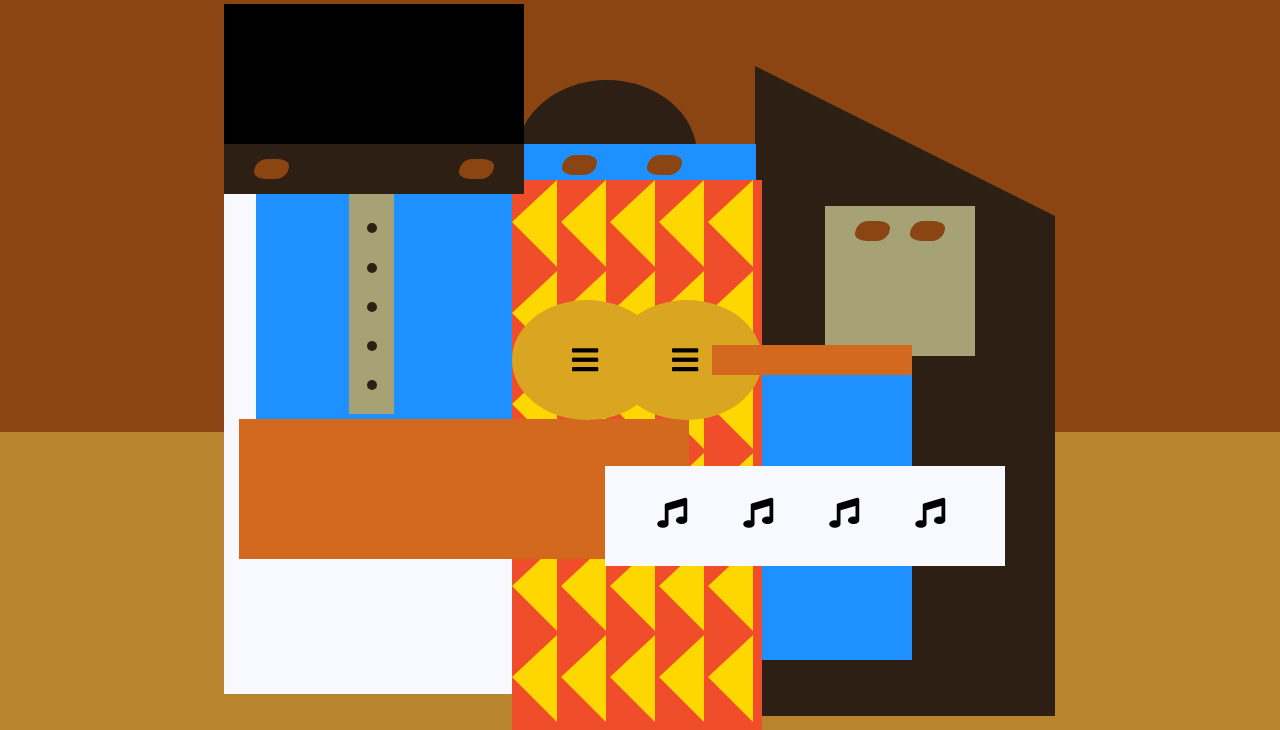
Repository: Pafestivo/Third-Chapter---intermediate-CSS
Page: index.html
An editor plug-in stored every save of this project. The page is shown before and after the next save, followed by the edit.
The browser window is 1280 px wide. The pictures show the whole page.
Some web libraries are served in a nearby version.

Above is the page before, as saved 2022-09-04 19:03:22.

### index.html
<!DOCTYPE html>
<html lang="en">
  <head>
    <meta charset="utf-8">
    <title>Picasso Painting</title>
    <link rel="stylesheet" href="./styles.css" />
    <link rel="stylesheet" href="https://use.fontawesome.com/releases/v5.8.2/css/all.css">
  </head>
  <body>
    <!-- Regarding the html, I just placed divs inside divs according to the groups they should appear on the page. -->
    <div id="back-wall"></div>
    <div class="characters">
      <div id="offwhite-character">
        <div id="white-hat"></div>
        <div id="black-mask">
          <div class="eyes left"></div>
          <div class="eyes right"></div>
        </div>
        <div id="gray-instrument">
          <div class="black-dot"></div>
          <div class="black-dot"></div>
          <div class="black-dot"></div>
          <div class="black-dot"></div>
          <div class="black-dot"></div>
        </div>
        <div id="tan-table"></div>
      </div>
      <div id="black-character">
        <div id="black-hat"></div>
        <div id="gray-mask">
          <div class="eyes left"></div>
          <div class="eyes right"></div>
        </div>
        <div id="white-paper">
          <i class="fas fa-music"></i>
          <i class="fas fa-music"></i>
          <i class="fas fa-music"></i>
          <i class="fas fa-music"></i>
        </div>
      </div>
      <div class="blue" id="blue-left"></div>
      <div class="blue" id="blue-right"></div>
      <div id="orange-character">
        <div id="black-round-hat"></div>
        <div id="eyes-div">
          <div class="eyes left"></div>
          <div class="eyes right"></div>
        </div>
        <div id="triangles">
          <div class="triangle"></div>
          <div class="triangle"></div>
          <div class="triangle"></div>
          <div class="triangle"></div>
          <div class="triangle"></div>
          <div class="triangle"></div>
          <div class="triangle"></div>
          <div class="triangle"></div>
          <div class="triangle"></div>
          <div class="triangle"></div>
          <div class="triangle"></div>
          <div class="triangle"></div>
          <div class="triangle"></div>
          <div class="triangle"></div>
          <div class="triangle"></div>
          <div class="triangle"></div>
          <div class="triangle"></div>
          <div class="triangle"></div>
          <div class="triangle"></div>
          <div class="triangle"></div>
          <div class="triangle"></div>
          <div class="triangle"></div>
          <div class="triangle"></div>
          <div class="triangle"></div>
          <div class="triangle"></div>
          <div class="triangle"></div>
          <div class="triangle"></div>
          <div class="triangle"></div>
          <div class="triangle"></div>
          <div class="triangle"></div>
        </div>
        <div id="guitar">
          <div class="guitar" id="guitar-left">
            <i class="fas fa-bars"></i>
          </div>
          <div class="guitar" id="guitar-right">
            <i class="fas fa-bars"></i>
          </div>
          <div id="guitar-neck"></div>
        </div>
      </div>
    </div>
  </body>
</html>

### styles.css
body {
    background-color: rgb(184, 132, 46);
  }

  #back-wall {
    background-color: #8B4513;
    width: 100%;
    height: 60%;
    /* You can control the position of an element with position absolute. */
    position: absolute;
    /* You can use top and left to move the element, relative to its parent. */
    top: 0;
    left: 0;
    z-index: -1;
  }

  #offwhite-character {
    width: 300px;
    height: 550px;
    background-color: GhostWhite;
    position: absolute;
    top: 20%;
    left: 17.5%;
  }

  #white-hat {
    width: 0;
    height: 0;
    border-style: solid;
    border-width: 0 120px 140px 180px;
    position: absolute;
    top: -140px;
    left: 0;
  }

  #black-mask {
    width: 100%;
    height: 50px;
    background-color: rgb(45, 31, 19);
    position: absolute;
    top: 0;
    left: 0;
    z-index: 1;
  }

  #gray-instrument {
    width: 15%;
    height: 40%;
    background-color: rgb(167, 162, 117);
    position: absolute;
    top: 50px;
    left: 125px;
    z-index: 1;
  }

  .black-dot {
    width: 10px;
    height: 10px;
    background-color: rgb(45, 31, 19);
    border-radius: 50%;
    display: block;
    margin: auto;
    margin-top: 65%;
  }

  #tan-table {
    width: 450px;
    height: 140px;
    background-color: #D2691E;
    position: absolute;
    top: 275px;
    left: 15px;
    z-index: 1;
  }

  #black-character {
    width: 300px;
    height: 500px;
    background-color: rgb(45, 31, 19);
    position: absolute;
    top: 30%;
    left: 59%;
  }

  #black-hat {
    width: 0;
    height: 0;
    border-style: solid;
    border-width: 150px 0 0 300px;
    border-top-color: transparent;
    border-right-color: transparent;
    border-bottom-color: transparent;
    border-left-color: rgb(45, 31, 19);
    position: absolute;
    top: -150px;
    left: 0;
  }

  #gray-mask {
    width: 150px;
    height: 150px;
    background-color: rgb(167, 162, 117);
    position: absolute;
    top: -10px;
    left: 70px;
  }

  #white-paper {
    width: 400px;
    height: 100px;
    background-color: GhostWhite;
    position: absolute;
    top: 250px;
    left: -150px;
    z-index: 1;
  }

  .fa-music {
    display: inline-block;
    margin-top: 8%;
    margin-left: 13%;
  }

  .blue {
    background-color: #1E90FF;
  }

  #blue-left {
    width: 500px;
    height: 300px;
    position: absolute;
    top: 20%;
    left: 20%;
  }

  #blue-right {
    width: 400px;
    height: 300px;
    position: absolute;
    top: 50%;
    left: 40%;
  }

  #orange-character {
    width: 250px;
    height: 550px;
    background-color: rgb(240, 78, 42);
    position: absolute;
    top: 25%;
    left: 40%;
  }

  #black-round-hat {
    width: 180px;
    height: 150px;
    background-color: rgb(45, 31, 19);
    border-radius: 50%;
    position: absolute;
    top: -100px;
    left: 5px;
    z-index: -1;
  }

  #eyes-div {
    width: 180px;
    height: 50px;
    position: absolute;
    top: -40px;
    left: 20px;
    z-index: 3;
  }

  #triangles {
    width: 250px;
    height: 550px;
  }

  .triangle {
    width: 0;
    height: 0;
    border-style: solid;
    border-width: 42px 45px 45px 0;
    border-top-color: transparent;
    border-right-color: Gold; /* yellow */
    border-bottom-color: transparent;
    border-left-color: transparent;
    display: inline-block;
  }

  #guitar {
    width: 100%;
    height: 100px;
    position: absolute;
    top: 120px;
    left: 0px;
    z-index: 3;
  }

  .guitar {
    width: 150px;
    height: 120px;
    background-color: Goldenrod;
    border-radius: 50%;
  }

  #guitar-left {
    position: absolute;
    left: 0px;
  }

  #guitar-right {
    position: absolute;
    left: 100px;
  }

  .fa-bars {
    display: block;
    margin-top: 30%;
    margin-left: 40%;
  }

  #guitar-neck {
    width: 200px;
    height: 30px;
    background-color: #D2691E;
    position: absolute;
    top: 45px;
    left: 200px;
    z-index: 3;
  }

  .eyes {
    width: 35px;
    height: 20px;
    background-color: #8B4513;
    border-radius: 20px 50%;
  }

  .right {
    position: absolute;
    top: 15px;
    right: 30px;
  }

  .left {
    position: absolute;
    top: 15px;
    left: 30px;
  }

  .fas {
    font-size: 30px;
  }

After the next save:
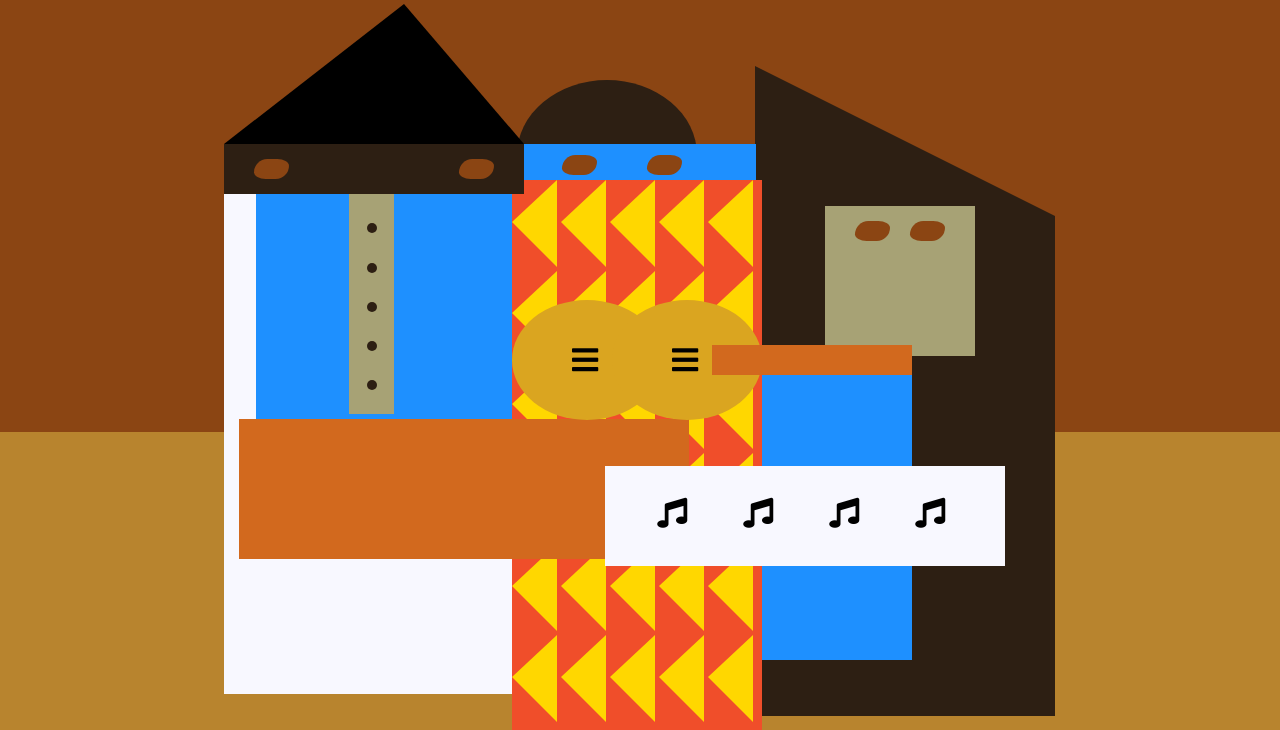
Saved 9 s later.
--- a/styles.css
+++ b/styles.css
@@ -28,6 +28,10 @@ body {
     height: 0;
     border-style: solid;
     border-width: 0 120px 140px 180px;
+    border-top-color: transparent;
+    border-right-color: transparent;
+    border-bottom-color: ;
+    border-left-color: transparent;
     position: absolute;
     top: -140px;
     left: 0;
